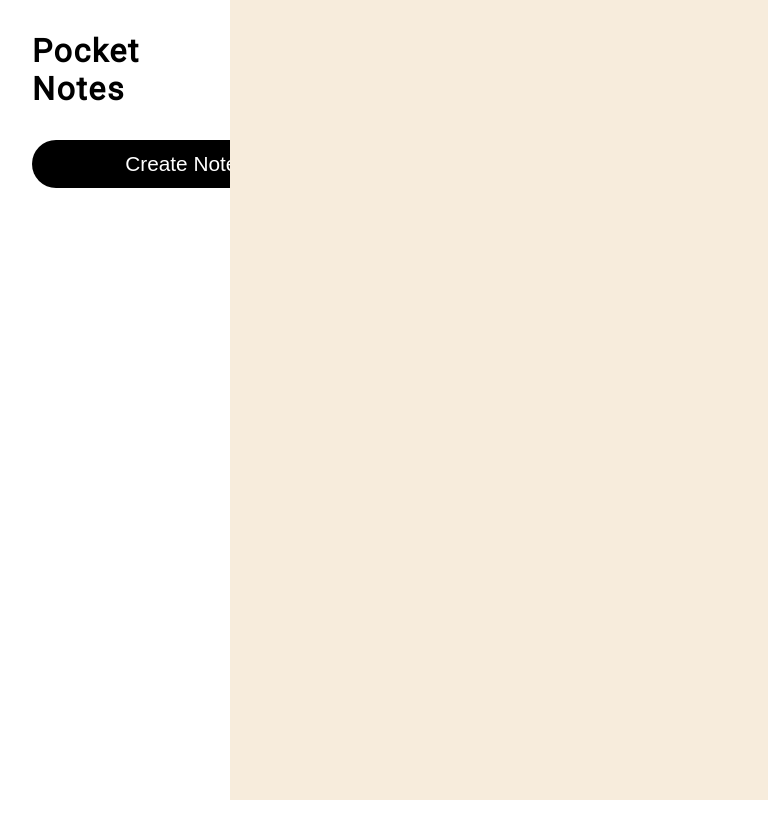
Repository: drumsmanku/react-module-test
Page: /
These files come from the project's save history. The page is drawn as it stood at one moment and after the next save; the edit follows.
The browser window is 768 px wide. The pictures show the whole page.
The project was rebuilt for these pictures with package versions that can differ from the ones it lists, and the page was loaded fresh each time. Also part of the build but not shown: src/Components/NotesComponent.js.

Above is the page before, as saved 2023-06-12 22:11:07.

After the next save:
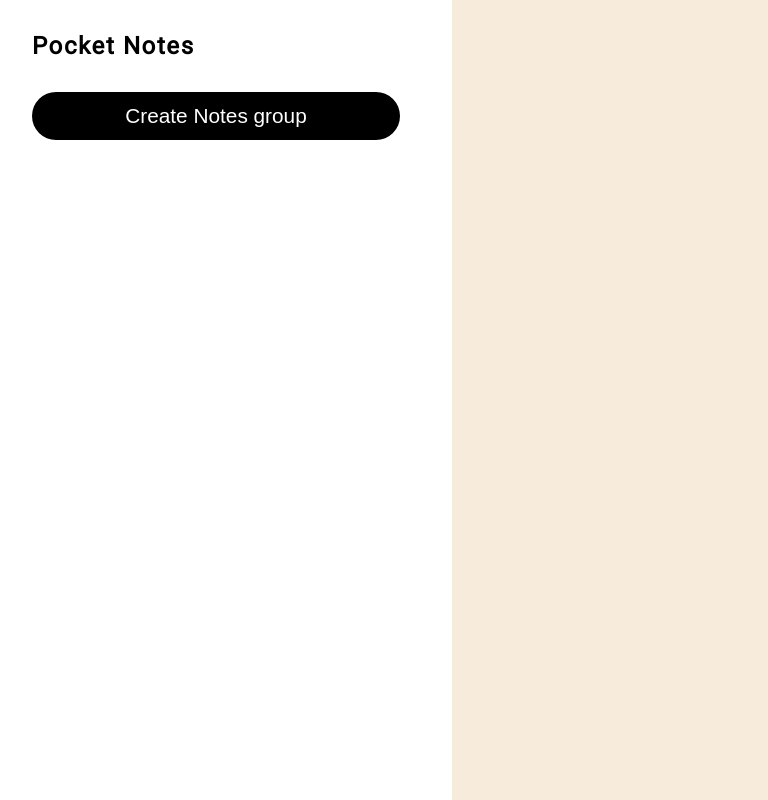
Saved 24 min 33 s later.
--- a/src/Components/MainPage.css
+++ b/src/Components/MainPage.css
@@ -61,7 +61,7 @@ body{
   width: 70%;
   height: 100vh;
 }
-/* @media(max-width:768px){
+@media(max-width:768px){
   .first-compartment {
     width: 100%;
     height: 100vh;
@@ -73,4 +73,4 @@ body{
     height: 3rem;
     font-size: 1rem;
   }
-} */
+}
